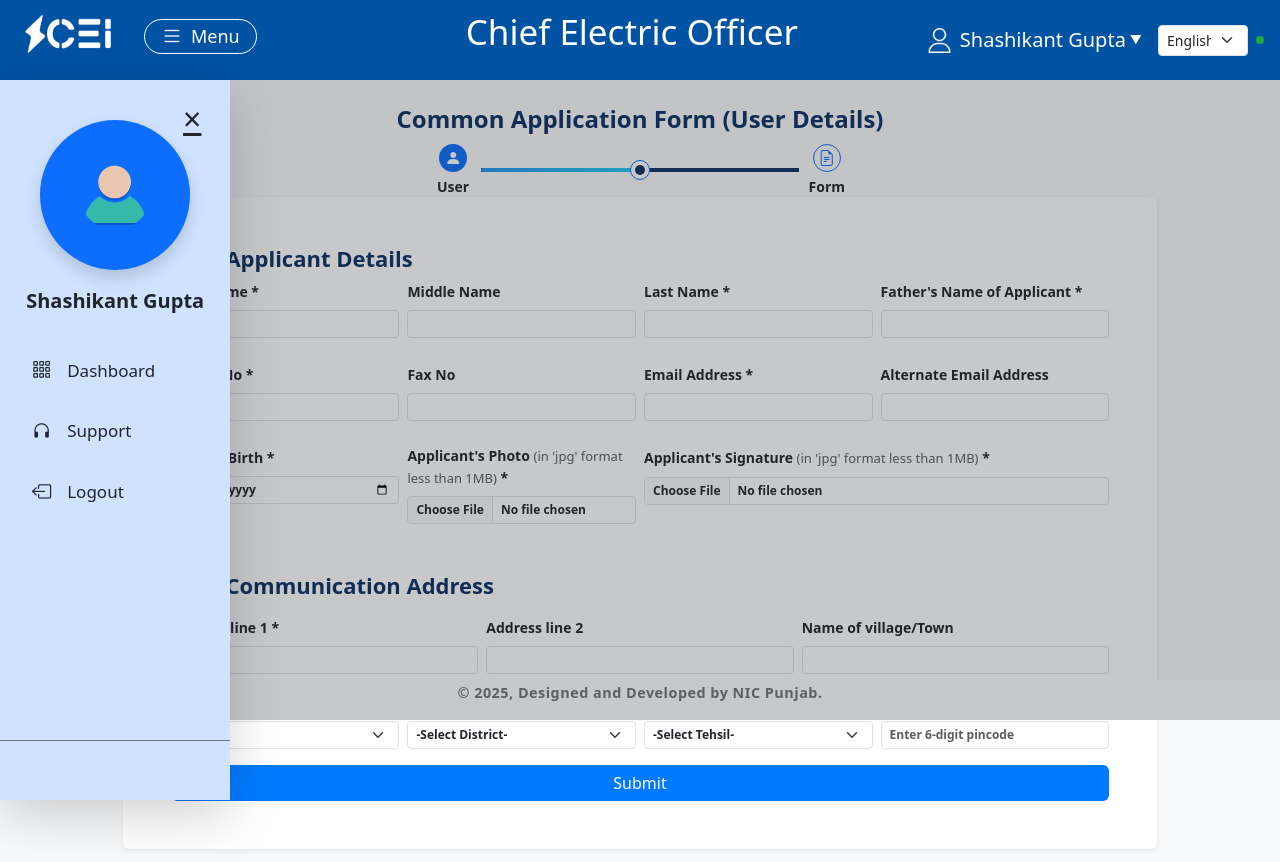
Repository: shashikantdev93-gif/CEI-sept
Page: /RegisterationForm, after clicking the first element matching `button.btn`
These files come from the project's save history. The page is drawn as it stood at one moment and after the next save; the edit follows.
The browser window is 1280 px wide. The pictures show the whole page.
The page's requests for data from a server got no answer. The project was rebuilt for these pictures with package versions that can differ from the ones it lists, and the page was loaded fresh each time. No one was signed in, and anything a server would have sent is missing. Also part of the build but not shown: vite.config.ts, src/components/PageComponent/Header2.tsx, src/components/PageComponent/PageHeader.tsx, src/components/Illustration/Illustration.tsx, src/components/CardContainer/CardContainer.tsx, src/hooks/useFormValidation.ts, src/hooks/useCaptcha.ts, src/hooks/useSignupValidation.ts and 6 more. Imported but missing from the stored project, and not drawn on this page: src/components/ui.

Above is the page before, as saved 2025-07-28 08:46:15.

After the next save:
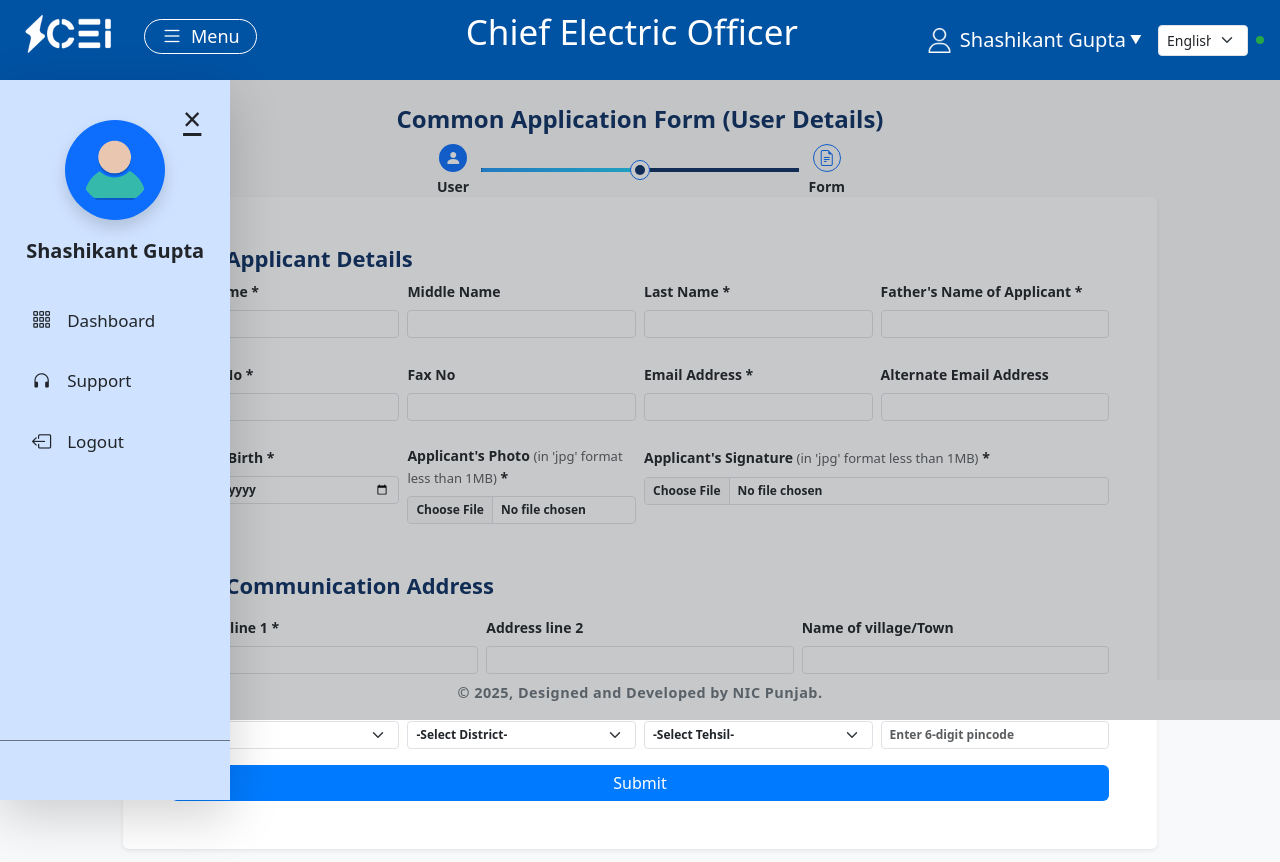
Saved 27 s later.
--- a/src/components/PageComponent/Sidebar.tsx
+++ b/src/components/PageComponent/Sidebar.tsx
@@ -53,7 +53,7 @@ const Sidebar: React.FC<SidebarProps> = ({ isOpen, onClose, onLogout }) => {
 
         {/* Profile Section */}
         <div className="d-flex flex-column align-items-center mt-3 py-4">
-          <div className="rounded-circle bg-primary shadow d-flex align-items-center justify-content-center mb-2" style={{ width: 150, height: 150 }}>
+          <div className="rounded-circle bg-primary shadow d-flex align-items-center justify-content-center mb-2" style={{ width: 100, height: 100 }}>
             <img
               src={user.profileImg}
               alt="User Profile"
